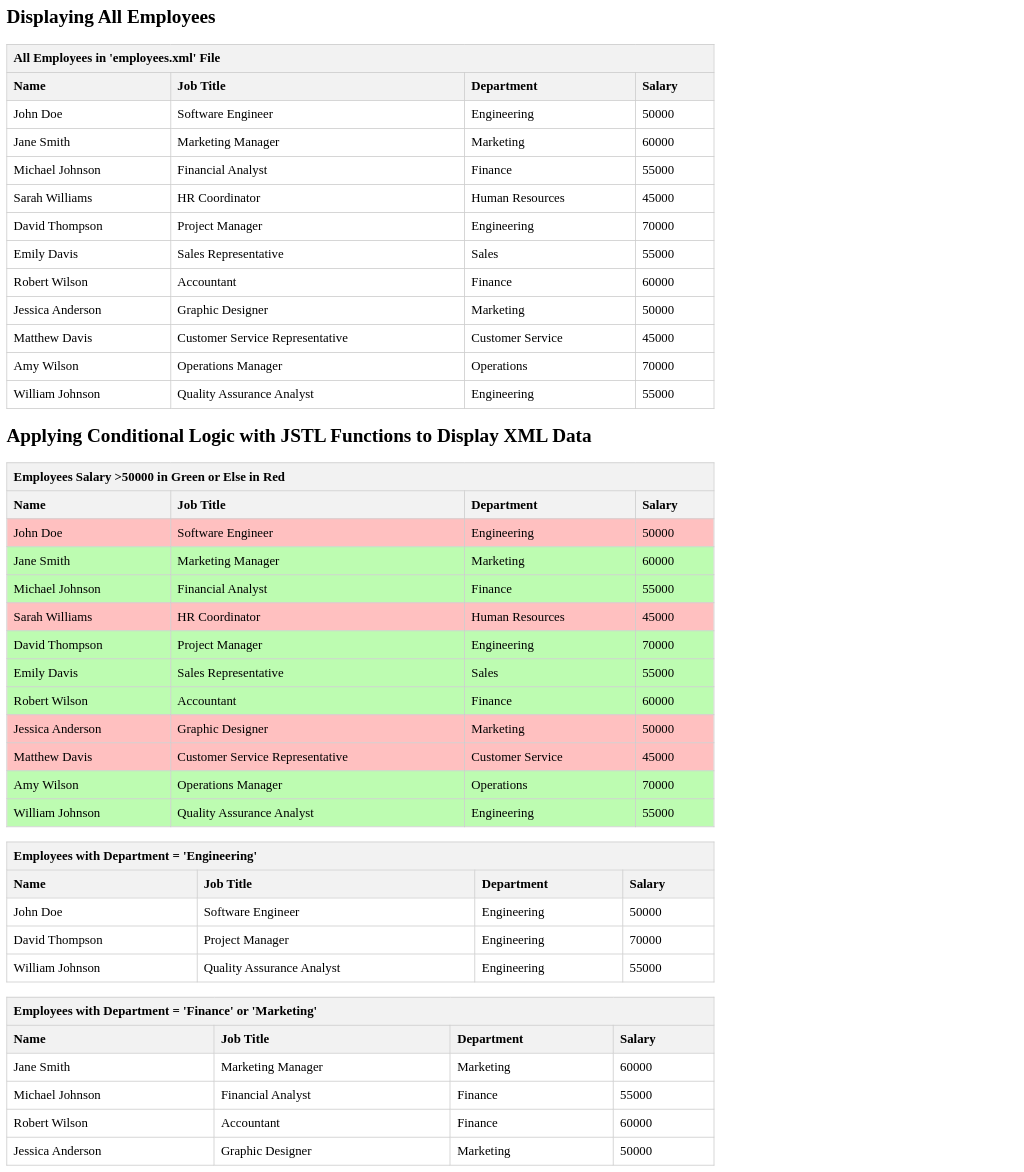
Repository: bkyncl/csd-430
Page: http://localhost/kyncl_mod9/
An editor plug-in stored every save of this project. The page is shown before and after the next save, followed by the edit.
The browser window is 1280 px wide. The pictures show the whole page, at 80% of full size.
The page is served by Tomcat 9.

Above is the page before, as saved 2023-07-05 06:29:36.

### kyncl_mod9/src/main/webapp/index.jsp
<%--
index.jsp
Module 9 assignment
Name: Brittany Kyncl
Date: 7.5.22
Course: CSD430
File to example the usage the usage of JSTL and XPath to parse XML data,
iterate over XML elements, apply conditional logic, and display the data in with customized styling.
Context purpose is to parse the XML file 'employees.xml' containing
employees data, and display it in tabular format. The file incorporates JSTL tags and functions
to manipulate the XML data and apply conditional logic for displaying the data based on various criteria.

--%>
<%@ page language="java" contentType="text/html; charset=ISO-8859-1" pageEncoding="ISO-8859-1"%>
<%@taglib uri="http://java.sun.com/jsp/jstl/core" prefix="c"%>
<%@taglib uri="http://java.sun.com/jsp/jstl/xml" prefix="x"%>
<html>
<head>
	<title>Parsing employees.xml</title>
	<link rel="stylesheet" type="text/css" href="styles.css">
</head>
<body>
	<c:import url="employees.xml" var="employeeData"/>
	<x:parse doc="${employeeData}" var="dom"/>

	<h2>Displaying All Employees</h2>
	<table border="1">
		<tr>
			<th colspan="4">All Employees in 'employees.xml' File</th>
		</tr>
		<tr>
			 <th>Name</th>
			 <th>Job Title</th>
			 <th>Department</th>
			 <th>Salary</th>
		</tr>
		<x:forEach var="employee" select="$dom/employees/employee">
		<%-- Displaying the details of each employee --%>
		<tr>
		  	<td><x:out select="$employee/name"/></td>
			<td><x:out select="$employee/jobTitle"/></td>
			<td><x:out select="$employee/department"/></td>
			<td><x:out select="$employee/salary"/></td>

		</x:forEach>
	</table>

	<h2>Applying Conditional Logic with JSTL Functions to Display XML Data</h2>
	<table border="1">
	    <tr>
	        <th colspan="4">Employees Salary >50000 in Green or Else in Red</th>
	    </tr>
	    <tr>
	        <th>Name</th>
	        <th>Job Title</th>
	        <th>Department</th>
	        <th>Salary</th>
	    </tr>
	    <x:forEach var="employee" select="$dom/employees/employee">
	        <x:choose>
	        	<%-- Applying styling to employees with salary > 50000 --%>
	            <x:when select="$employee/salary>50000">
	                <tr style="background-color: #BDFCB1;">
	                    <td><x:out select="$employee/name"/></td>
	                    <td><x:out select="$employee/jobTitle"/></td>
	                    <td><x:out select="$employee/department"/></td>
	                    <td><x:out select="$employee/salary"/></td>
	                </tr>
	            </x:when>
	            <%-- Applying styling to employees with salary <= 50000 --%>
	            <x:when select="$employee/salary<=50000">
	                <tr style="background-color: #FFC0C0;">
	                    <td><x:out select="$employee/name"/></td>
	                    <td><x:out select="$employee/jobTitle"/></td>
	                    <td><x:out select="$employee/department"/></td>
	                    <td><x:out select="$employee/salary"/></td>
	                </tr>
	            </x:when>
	            <%-- Displaying employees without any styling for otherwise clause (just in case conditions not met) --%>
	            <x:otherwise>
	                <tr>
	                    <td><x:out select="$employee/name"/></td>
	                    <td><x:out select="$employee/jobTitle"/></td>
	                    <td><x:out select="$employee/department"/></td>
	                    <td><x:out select="$employee/salary"/></td>
	                </tr>
	            </x:otherwise>
	        </x:choose>
	    </x:forEach>
	</table>
    <br>
    <table border="1">
	    <tr>
	        <th colspan="4">Employees with Department = 'Engineering'</th>
	    </tr>
	    <tr>
	        <th>Name</th>
	        <th>Job Title</th>
	        <th>Department</th>
	        <th>Salary</th>
	    </tr>
	    <x:forEach var="employee" select="$dom/employees/employee">
	        <x:choose>
	        	<%-- Filtering and displaying employees with the department value 'Engineering' --%>
	            <x:when select="$employee/department='Engineering'">
	                <tr>
	                    <td><x:out select="$employee/name"/></td>
	                    <td><x:out select="$employee/jobTitle"/></td>
	                    <td><x:out select="$employee/department"/></td>
	                    <td><x:out select="$employee/salary"/></td>
	                </tr>
	            </x:when>
	        </x:choose>
	    </x:forEach>
	</table>
	<br>
	<table border="1">
	    <tr>
	        <th colspan="4">Employees with Department = 'Finance' or 'Marketing'</th>
	    </tr>
	    <tr>
	        <th>Name</th>
	        <th>Job Title</th>
	        <th>Department</th>
	        <th>Salary</th>
	    </tr>
	    <x:forEach var="employee" select="$dom/employees/employee">
	        <x:choose>
	        	<%-- Filtering and displaying employees with the department values 'Finance' or 'Marketing' --%>
	            <x:when select="$employee/department='Finance' or $employee/department='Marketing'">
	                <tr>
	                    <td><x:out select="$employee/name"/></td>
	                    <td><x:out select="$employee/jobTitle"/></td>
	                    <td><x:out select="$employee/department"/></td>
	                    <td><x:out select="$employee/salary"/></td>
	                </tr>
	            </x:when>
	        </x:choose>
	    </x:forEach>
	</table>
</body>
</html>

### kyncl_mod9/src/main/webapp/employees.xml
<?xml version="1.0" encoding="UTF-8"?>
<employees>
  <employee>
    <name>John Doe</name>
    <jobTitle>Software Engineer</jobTitle>
    <department>Engineering</department>
    <salary>50000</salary>
  </employee>
  <employee>
    <name>Jane Smith</name>
    <jobTitle>Marketing Manager</jobTitle>
    <department>Marketing</department>
    <salary>60000</salary>
  </employee>
  <employee>
    <name>Michael Johnson</name>
    <jobTitle>Financial Analyst</jobTitle>
    <department>Finance</department>
    <salary>55000</salary>
  </employee>
  <employee>
    <name>Sarah Williams</name>
    <jobTitle>HR Coordinator</jobTitle>
    <department>Human Resources</department>
    <salary>45000</salary>
  </employee>
  <employee>
    <name>David Thompson</name>
    <jobTitle>Project Manager</jobTitle>
    <department>Engineering</department>
    <salary>70000</salary>
  </employee>
  <employee>
    <name>Emily Davis</name>
    <jobTitle>Sales Representative</jobTitle>
    <department>Sales</department>
    <salary>55000</salary>
  </employee>
  <employee>
    <name>Robert Wilson</name>
    <jobTitle>Accountant</jobTitle>
    <department>Finance</department>
    <salary>60000</salary>
  </employee>
  <employee>
    <name>Jessica Anderson</name>
    <jobTitle>Graphic Designer</jobTitle>
    <department>Marketing</department>
    <salary>50000</salary>
  </employee>
  <employee>
    <name>Matthew Davis</name>
    <jobTitle>Customer Service Representative</jobTitle>
    <department>Customer Service</department>
    <salary>45000</salary>
  </employee>
  <employee>
    <name>Amy Wilson</name>
    <jobTitle>Operations Manager</jobTitle>
    <department>Operations</department>
    <salary>70000</salary>
  </employee>
  <employee>
    <name>William Johnson</name>
    <jobTitle>Quality Assurance Analyst</jobTitle>
    <department>Engineering</department>
    <salary>55000</salary>
  </employee>
</employees>

### kyncl_mod9/src/main/webapp/styles.css
/* Table styles */
table {
  width: 70%;
  border-collapse: collapse;
}

table th, table td {
  padding: 8px;
  text-align: left;
  border: 1px solid #ccc;
}

table th {
  background-color: #f2f2f2;
}

After the next save:
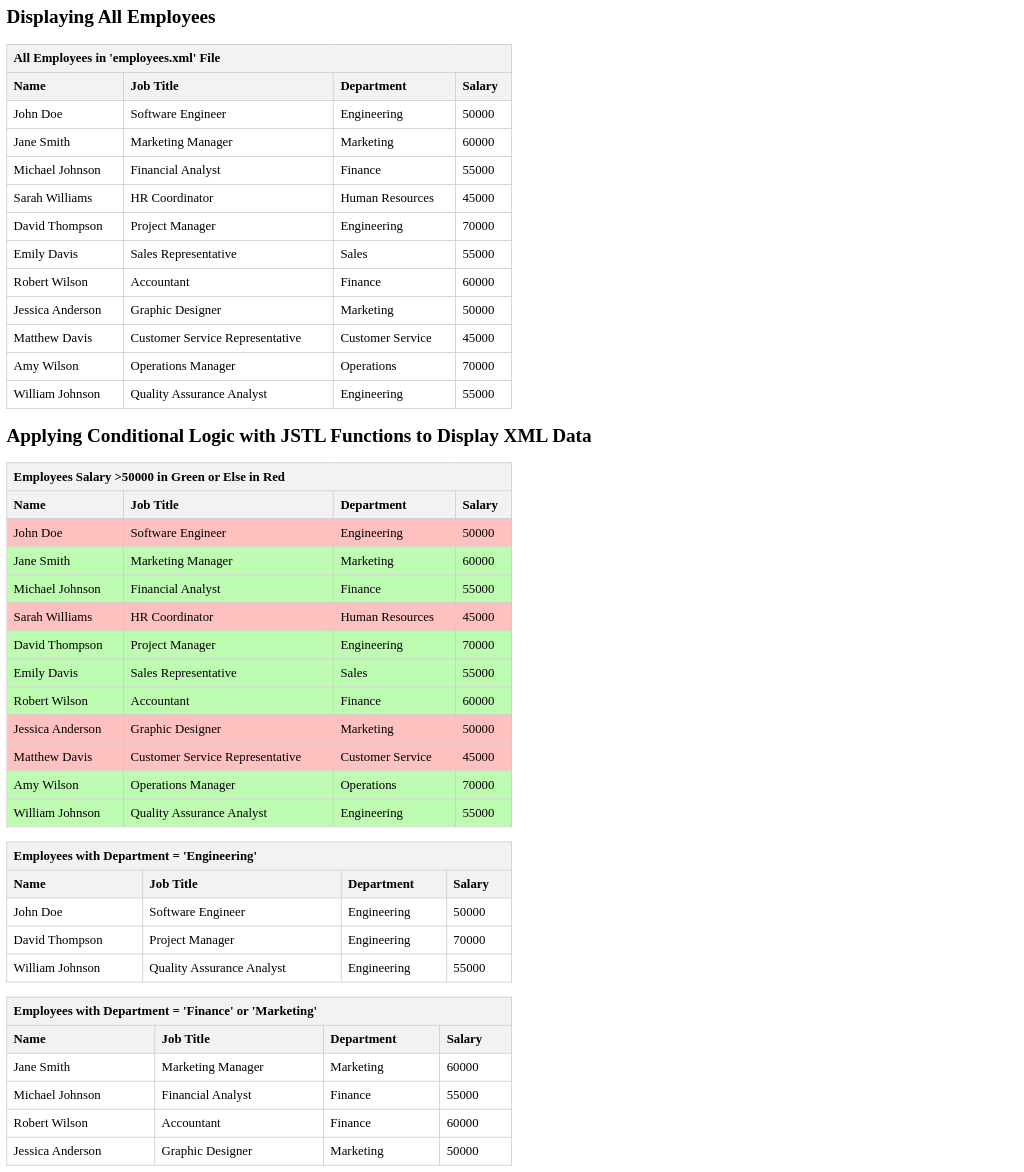
Saved 11 s later.
--- a/kyncl_mod9/src/main/webapp/styles.css
+++ b/kyncl_mod9/src/main/webapp/styles.css
@@ -1,6 +1,6 @@
 /* Table styles */
 table {
-  width: 70%;
+  width: 50%;
   border-collapse: collapse;
 }
 
